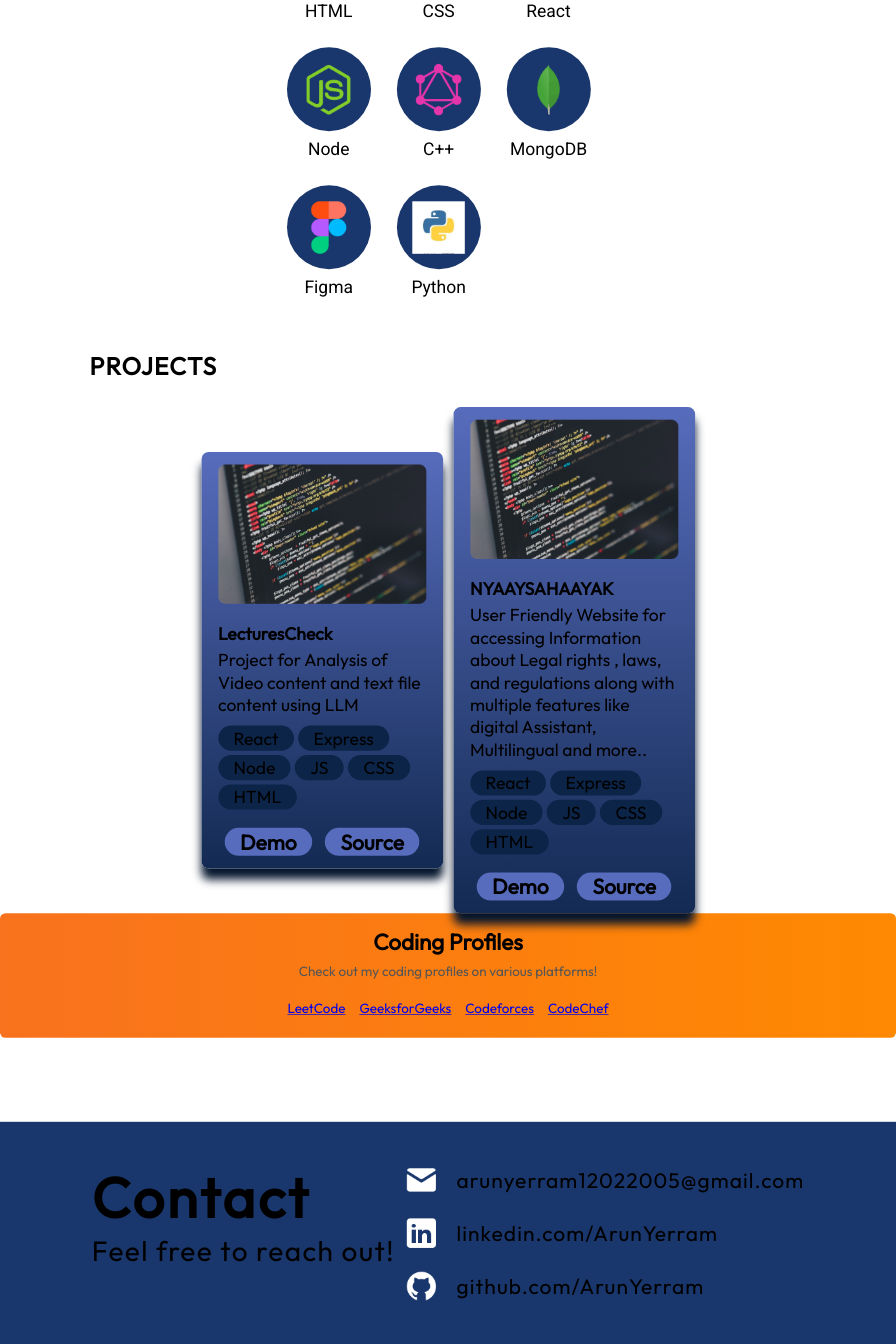
Repository: ARUN-YERRAM/Arun-Yerram-s-Portfolio-Website
Page: /
The author's editor kept a copy of each file at every save. The page is drawn from the files as they stood at one save, then again after the next save.
The browser window is 1280 px wide. The pictures show the part of the page from y = 1672 to 3592 px (the page is 3592 px tall), at 70% of full size.
The project was rebuilt for these pictures with package versions that can differ from the ones it lists, and the page was loaded fresh each time. Also part of the build but not shown: vite.config.js.

Above is the page before, as saved 2024-07-07 00:14:03.

### index.html
<!DOCTYPE html>
<html lang="en">
  <head>
    <meta charset="UTF-8" />
    <link rel="icon" type="image/png" href="/Passport1.jpg" />
    <meta name="viewport" content="width=device-width, initial-scale=1.0" />
    <title>Arun Yerram's Portfolio</title>
  </head>
  <body>
    <div id="root"></div>
    <script type="module" src="./docs/src/main.jsx"></script>
  </body>
</html>

### docs/src/main.jsx
// import React from "react";
// import ReactDOM from "react-dom/client";
// import App from "./App.jsx";
// import "./index.css";

// import "@fontsource/outfit";
// import "@fontsource/roboto";

// ReactDOM.createRoot(document.getElementById("root")).render(
//   <React.StrictMode>
//     <App />
//   </React.StrictMode>
// );


import React from 'react';
import ReactDOM from 'react-dom/client';
import App from './App.jsx';
import './index.css'; // Ensure this file exists in docs/src
import '@fontsource/outfit';
import '@fontsource/roboto';

const root = ReactDOM.createRoot(document.getElementById('root'));
root.render(<App />);

### docs/src/App.jsx
import styles from "./App.module.css";
import { About } from "../components/About/About";
import {CodingProfiles} from "../components/CodingProfiles/CodingProfiles";
import { Contact } from "../components/Contact/Contact";
import { Experience } from "../components/Experience/Experience";
import { Hero } from "../components/Hero/Hero";
import { Navbar } from "../components/Navbar/Navbar";
import { Projects } from "../components/Projects/Projects";

function App() {

  return (
    <div className={styles.App}>
      <Navbar />
      <Hero />
      <About />
      <Experience />
      <Projects />
      <CodingProfiles />
      <Contact />
    </div>
  );
}

export default App;


// import CodingProfile from './components/CodingProfiles/CodingProfile';

// const App = () => {
//   return (
//     <div className="App">

//     </div>
//   );
// };

// export default App;

### docs/src/App.module.css

/* styles.css */
@import '../vars.css';

.App {
  background: var(--color-fancy-bg-dark);
  width: 100%;
  height: 100%;
  overflow: hidden;
}

### docs/components/About/About.jsx
import React from "react";

import styles from "./About.module.css";
import { getImageUrl } from "../../utils";

export const About = () => {
  return (
    <section className={styles.container} id="about">
      <h2 className={styles.title}>About</h2>
      <div className={styles.content}>
        {/* <img
          src={getImageUrl("about/aboutImage.png")}
          alt="Me sitting with a laptop"
          className={styles.aboutImage}
        /> */}
        <ul className={styles.aboutItems}>
          <li className={styles.aboutItem}>
            <img src={getImageUrl("about/cursorIcon.png")} alt="Cursor icon" />
            <div className={styles.aboutItemText}>
              <h3>Frontend Developer</h3>
              <p>
                I'm a frontend developer with experience in building responsive
                and optimized sites
              </p>
            </div>
          </li>

          <li className={styles.aboutItem}>
            <img src={getImageUrl("about/serverIcon.png")} alt="Server icon" />
            <div className={styles.aboutItemText}>
              <h3>Backend Developer</h3>
              <p>
                I have experience developing fast and optimised back-end systems
                and APIs
              </p>
            </div>
          </li>

          <li className={styles.aboutItem}>
            <img src={getImageUrl("about/cursorIcon.png")} alt="UI icon" />
            <div className={styles.aboutItemText}>
              {/* <h3>UI Designer</h3> */}
              <h3>Problem Solver</h3>
              <p>
                {/* I have designed multiple landing pages and have created design */}
                {/* systems as well */}
                I am a Problem Solver and having a keen interest in Data Structures and Algorithms.
              </p>
            </div>
          </li>

        </ul>
      </div>
    </section>
  );
};

### docs/components/CodingProfiles/CodingProfiles.jsx
import React from "react";
import styles from "./CodingProfiles.module.css";
import profiles from "../../data/codingprofiles.json";

export const CodingProfiles = () => {
  return (
    <section className={`${styles.container} ${styles.animatedBackground}`}>
      <div className={styles.content}>
        <h2 className={styles.title}>Coding Profiles</h2>
        <p className={styles.description}>
          Check out my coding profiles on various platforms!
        </p>
      </div>
      <ul className={styles.links}>
        {profiles.map((profile, id) => (
          <li key={id} className={styles.link}>
            <a href={profile.url} target="_blank" rel="noopener noreferrer">
              {profile.name}
            </a>
          </li>
        ))}
      </ul>
    </section>
  );
};

### docs/components/Contact/Contact.jsx
import React from "react";

import styles from "./Contact.module.css";
import { getImageUrl } from "../../utils";

export const Contact = () => {
  return (
    <footer id="contact" className={styles.container}>
      <div className={styles.text}>
        <h2>Contact</h2>
        <p>Feel free to reach out!</p>
      </div>
      <ul className={styles.links}>
        <li className={styles.link}>
          <img src={getImageUrl("contact/emailIcon.png")} alt="Email icon" />
          <a href="">arunyerram12022005@gmail.com</a>
        </li>
        <li className={styles.link}>
          <img
            src={getImageUrl("contact/linkedinIcon.png")}
            alt="LinkedIn icon"
          />
          <a href="https://www.linkedin.com/in/arun-yerram/">linkedin.com/ArunYerram</a>
        </li>
        <li className={styles.link}>
          <img src={getImageUrl("contact/githubIcon.png")} alt="Github icon" />
          <a href="https://github.com/ARUN-YERRAM">github.com/ArunYerram</a>
        </li>
      </ul>
    </footer>
  );
};

### docs/components/Experience/Experience.jsx
import React from "react";

import styles from "./Experience.module.css";
import skills from "../../data/skills.json";
import history from "../../data/history.json";
import { getImageUrl } from "../../utils";

export const Experience = () => {
  return (
    <section className={styles.container} id="experience">
      <h2 className={styles.title}>Skills</h2>
      <div className={styles.content}>
        <div className={styles.skills}>
          {skills.map((skill, id) => {
            return (
              <div key={id} className={styles.skill}>
                <div className={styles.skillImageContainer}>
                  <img src={getImageUrl(skill.imageSrc)} alt={skill.title} />
                </div>
                <p>{skill.title}</p>
              </div>
            );
          })}
        </div>

      </div>
    </section>
  );
};

### docs/components/Hero/Hero.jsx
import React from "react";

import styles from "./Hero.module.css";
import { getImageUrl } from "../../utils";


export const Hero = () => {
  return (
    <section className={styles.container}>
      <div className={styles.content}>
        <h1 className={styles.title}>Hi, I'm Arun Yerram</h1>
        <p className={styles.description}>
          {/* I'm a full-stack developer with 5 years of experience using React and */}
          {/* NodeJS. Reach out if you'd like to learn more! */}
          I am Pursing my Bachelor's 2nd year and having keen interest in Problem Solving ,Web Development, and Data Science.

        </p>
        {/* <a href="mailto:arunyerram12022005@email.com" className={styles.contactBtn}>
          Contact Me
        </a> */}
      </div>
      <img
        src={getImageUrl("hero/Passport1.jpg")}
        alt="Hero image of me"
        className={styles.heroImg}
        width="50px"
        height="400px"
      />
      <div className={styles.topBlur} />
      <div className={styles.bottomBlur} />
    </section>
  );
};

### docs/components/Navbar/Navbar.jsx
import React, { useState } from "react";

import styles from "./Navbar.module.css";
import { getImageUrl } from "../../utils";

export const Navbar = () => {
  const [menuOpen, setMenuOpen] = useState(false);

  return (
    <nav className={styles.navbar}>
      <a className={styles.title} href="/">
        Portfolio
      </a>
      <div className={styles.menu}>
        <img
          className={styles.menuBtn}
          src={
            menuOpen
              ? getImageUrl("nav/closeIcon.png")
              : getImageUrl("nav/menuIcon.png")
          }
          alt="menu-button"
          onClick={() => setMenuOpen(!menuOpen)}
        />
        <ul
          className={`${styles.menuItems} ${menuOpen && styles.menuOpen}`}
          onClick={() => setMenuOpen(false)}
        >
          <li>
            <a href="#about">About</a>
          </li>
          <li>
            <a href="#experience">Experience</a>
          </li>
          <li>
            <a href="#projects">Projects</a>
          </li>
          <li>
            <a href="#about">Contact</a>
          </li>
        </ul>
      </div>
    </nav>
  );
};

### docs/vars.css
/* vars.css */
:root {
  /* Light Theme */
  --color-text: #000;
  --color-primary: #576cbc;
  --color-secondary: #19376d;
  --color-dark: #0b2447;
  --color-bg: #fff; /* Light background */

  /* Fonts */
  --font-roboto: "Roboto";
}

[data-theme='dark'] {
  /* Dark Theme */
  --color-text: #fff;
  --color-primary: #576cbc;
  --color-secondary: #19376d;
  --color-dark: #0b2447;
  --color-bg: #3e2723; /* Dark brown background */
}

### docs/components/About/About.module.css
/* @import ".../vars.css"; */
@import '../../vars.css';

.container {
  position: relative;
  background-color: rgba(12, 12, 12, 0.6);
  border-radius: 15px;
  padding: 73px;
  margin-top: 129px;
  z-index: 1;
  margin-left: 10%;
  margin-right: 10%;
}

.title {
  color: var(--color-text);
  font-size: 35px;
  font-weight: 700;
  letter-spacing: 1.75px;
  text-transform: uppercase;
}

.content {
  display: flex;
  flex-direction: row;
  align-items: center;
}

.aboutImage {
  width: 35%;
}

.aboutItems {
  color: var(--color-text);
  display: flex;
  flex-direction: column;
  gap: 50px;
}

.aboutItem {
  display: flex;
  flex-direction: row;
  align-items: center;
  border-radius: 20px;
  list-style: none;
  padding: 25px;
  background-image: linear-gradient(
    90deg,
    rgba(165, 215, 232, 0.42) 0%,
    rgba(255, 255, 255, 0) 100%
  );
  background-size: 0 100%;
  background-repeat: no-repeat;
  transition: 0.4s;
}

.aboutItem:hover {
  background-size: 100% 100%;
}

.aboutItem h3 {
  font-size: 25px;
  font-weight: 600;
}

.aboutItem p {
  font-size: 25px;
}

@media screen and (max-width: 830px) {
  .container {
    background-color: transparent;
    padding-left: 0;
    padding-right: 0;
  }

  .content {
    flex-direction: column;
  }

  .aboutImage {
    display: none;
  }

  .aboutItems {
    margin-top: 29px;
  }

  .aboutItem {
    padding-left: 0;
    padding-right: 0;
  }
}

### docs/utils.js
// export const getImageUrl = (path) => {
//   return new URL(`/assets/${path}`, import.meta.url).href;
// };

export const getImageUrl = (path) => {
  return new URL(`../assets/${path}`, import.meta.url).href;
};

### docs/components/CodingProfiles/CodingProfiles.module.css
/* CodingProfiles.module.css */

.container {
  padding: 20px;
  border-radius: 8px;
}

.content {
  text-align: center;
  margin-bottom: 20px;
}

.title {
  font-size: 2em;
  margin-bottom: 10px;
}

.description {
  font-size: 1.2em;
  color: #555;
}

.links {
  list-style: none;
  padding: 0;
  display: flex;
  flex-wrap: wrap;
  justify-content: center;
}

.link {
  margin: 10px;
  font-size: 1.2em;
}

.animatedBackground {
  background: linear-gradient(270deg, #ff8a00, #e52e71);
  background-size: 400% 400%;
  animation: gradientAnimation 15s ease infinite;
}

@keyframes gradientAnimation {
  0% {
    background-position: 0% 50%;
  }
  50% {
    background-position: 100% 50%;
  }
  100% {
    background-position: 0% 50%;
  }
}

### docs/data/codingprofiles.json
[
    {
      "name": "LeetCode",
      "url": "https://leetcode.com/u/arun_2005/"
    },
    {
      "name": "GeeksforGeeks",
      "url": "https://www.geeksforgeeks.org/user/arunyerram/?utm_source=geeksforgeeks&utm_medium=my_profile&utm_campaign=auth_user"

    },
    {
      "name": "Codeforces",
      "url": "https://codeforces.com/profile/Arunyerram_12"

    },
    {
      "name": "CodeChef",
      "url": "https://www.codechef.com/users/yarun2k05"
    }
  ]

### docs/components/Contact/Contact.module.css
/* @import ".../vars.css"; */
@import '../../vars.css';

.container {
  color: var(--color-text);
  margin-top: 120px;
  background-color: var(--color-secondary);
  display: flex;
  flex-direction: row;
  justify-content: space-evenly;
  width: 100vw;
  padding: 58px 10%;
  gap: 10px;
}

.text h2 {
  font-size: 80px;
  font-weight: 700;
  letter-spacing: 4px;
}

.text p {
  font-size: 40px;
  font-weight: 400;
  letter-spacing: 2px;
}

.links {
  display: flex;
  flex-direction: column;
  align-items: flex-start;
  list-style: none;
  gap: 26px;
}

.link {
  display: flex;
  align-items: center;
  gap: 25px;
}

.link a {
  color: var(--color-text);
  text-decoration: none;
  font-size: 30px;
  font-weight: 400;
  letter-spacing: 1.5px;
}

@media screen and (max-width: 830px) {
  .container {
    flex-direction: column;
    gap: 23px;
  }

  .text {
    display: flex;
    flex-direction: column;
    align-items: center;
  }

  .links {
    align-items: center;
  }
}

### docs/components/Experience/Experience.module.css
/* @import ".../vars.css"; */
@import '../../vars.css';

.container {
  color: var(--color-text);
  margin-top: 79px;
  margin-left: 10%;
  margin-right: 10%;
}

.title {
  color: var(--color-text);
  font-size: 35px;
  font-weight: 700;
  letter-spacing: 1.75px;
  text-transform: uppercase;
}

.content {
  display: flex;
  flex-direction: row;
  justify-content: space-evenly;
  margin-top: 14px;
}

.skills {
  width: 45%;
  display: flex;
  flex-wrap: wrap;
  gap: 37px;
}

.skill {
  display: flex;
  flex-direction: column;
  align-items: center;
  gap: 11px;
}

.skillImageContainer {
  background-color: var(--color-secondary);
  border-radius: 100%;
  display: flex;
  align-items: center;
  justify-content: center;
  width: 120px;
  height: 120px;
}

.skillImageContainer img {
  width: 75px;
}

.skill p {
  font-size: 25px;
  font-family: var(--font-roboto);
  font-weight: 500;
}

.history {
  width: 45%;
  display: flex;
  flex-direction: column;
  gap: 40px;
}

.historyItem {
  display: flex;
  flex-direction: row;
  align-items: center;
  gap: 17px;
  background: #19376d;
  background: linear-gradient(90deg, #19376d 0%, rgba(25, 55, 109, 0) 100%);
  border-radius: 10px;
  padding: 24px;
}

.historyItem img {
  width: 50px;
}

.historyItemDetails {
  font-family: var(--font-roboto);
}

.historyItemDetails h3 {
  font-size: 30px;
  font-weight: 500;
}

.historyItemDetails p {
  font-size: 20px;
  font-weight: 300;
}

.historyItemDetails ul {
  margin-top: 6px;
  list-style-position: inside;
  font-size: 25px;
  list-style-type: disc;
  margin-left: 17px;
}

@media screen and (max-width: 830px) {
  .content {
    flex-direction: column;
    align-items: center;
    gap: 34px;
  }

  .skills {
    width: 100%;
    flex-direction: row;
    justify-content: center;
  }

  .history {
    width: 100%;
    gap: 9px;
  }
}

### docs/data/skills.json
[
  {
    "title": "HTML",
    "imageSrc": "skills/html.png"
  },
  {
    "title": "CSS",
    "imageSrc": "skills/css.png"
  },
  {
    "title": "React",
    "imageSrc": "skills/react.png"
  },
  {
    "title": "Node",
    "imageSrc": "skills/node.png"
  },
  {
    "title": "C++",
    "imageSrc": "skills/graphql.png"
  },
  {
    "title": "MongoDB",
    "imageSrc": "skills/mongodb.png"
  },
  {
    "title": "Figma",
    "imageSrc": "skills/figma.png"
  },
  {
    "title": "Python",
    "imageSrc": "skills/python.png"
  }
]

### docs/data/history.json
[
  {
    "role": "Software Engineer",
    "organisation": "",
    "startDate": "",
    "endDate": "",
    "experiences": [],
    "imageSrc": "history/google.png"
  },
  {
    "role": "UI Designer",
    "organisation": "",
    "startDate": "",
    "endDate": "",
    "experiences": ["", ""],
    "imageSrc": "history/microsoft.png"
  },
  {
    "role": "SWE Intern",
    "organisation": "",
    "startDate": "",
    "endDate": "",
    "experiences": [
      "",
      ""
    ],
    "imageSrc": "history/netflix.png"
  }
]

### docs/components/Hero/Hero.module.css
/* @import ".../vars.css"; */

@import '../../vars.css';


.container {
  position: relative;
  display: flex;
  align-items: center;
  justify-content: space-between;
  margin-top: 49px;
  z-index: 1;
  margin-left: 10%;
  margin-right: 10%;
}

.content {
  display: flex;
  flex-direction: column;
  align-items: flex-start;
  color: var(--color-text);
  z-index: 1;
}

.title {
  font-size: 72px;
  font-weight: 900;
  margin-bottom: 33px;
  font-family: var(--font-roboto);
  background: linear-gradient(
    90deg,
    rgba(255, 255, 255, 1) 70%,
    rgba(255, 255, 255, 0) 120%
  );
  -webkit-text-fill-color: transparent;
  -webkit-background-clip: text;
}

.description {
  font-size: 30px;
  font-family: var(--font-roboto);
  margin-bottom: 52px;
}

.contactBtn {
  text-decoration: none;
  background-color: var(--color-primary);
  color: var(--color-text);
  border-radius: 100px;
  font-size: 30px;
  font-weight: 600;
  padding: 17px 26px;
  box-shadow: 0 0 4px 0 rgba(0, 0, 0, 0.25);
}

.heroImg {
  width: 50%;
  z-index: 1;

  animation-name: floating;
  animation-duration: 3s;
  animation-iteration-count: infinite;
  animation-timing-function: ease-in-out;
}

@keyframes floating {
  0% {
    transform: translate(0, 0px);
  }
  50% {
    transform: translate(0, 10px);
  }
  100% {
    transform: translate(0, -0px);
  }
}

.topBlur {
  position: absolute;
  width: 50vw;
  height: 50vw;
  min-width: 350px;
  min-width: 350px;
  top: -128px;
  left: -10vw;
  border-radius: 764px;
  background: rgba(25, 55, 109, 0.7);
  filter: blur(100px);
  z-index: 0;
}

.bottomBlur {
  position: absolute;
  width: 70vw;
  height: 50vw;
  min-width: 350px;
  min-width: 250px;
  top: 246px;
  right: -25vw;
  border-radius: 764px;
  background: rgba(25, 55, 109, 0.7);
  filter: blur(100px);
  z-index: 0;
}

@media screen and (max-width: 830px) {
  .container {
    flex-direction: column-reverse;
  }

  .content {
    align-items: center;
  }
}

### docs/components/Navbar/Navbar.module.css
/* @import ".../vars.css"; */
@import '../../vars.css';

.navbar {
  position: relative;
  display: flex;
  align-items: center;
  justify-content: space-between;
  padding-top: 61px;
  z-index: 2;
  margin: 0 10%;
}

.title {
  font-size: 30px;
  font-weight: 600;
  text-decoration: none;
  color: var(--color-text);
}


.menuBtn {
  display: none;
}

.menu {
  display: flex;
}

.menuItems {
  display: flex;
  gap: 47px;
  list-style: none;
}

.menuItems a {
  font-size: 25px;
  color: var(--color-text);
  text-decoration: none;
}

@media screen and (max-width: 830px) {
  .navbar {
    flex-direction: column;
    align-items: flex-start;
  }

  .menu {
    position: absolute;
    right: 0;
    margin-right: 10%;
    flex-direction: column;
    align-items: flex-end;
    gap: 11px;
    z-index: 3;
  }

  .menuBtn {
    display: block;
    cursor: pointer;
  }


  .menuItems {
    display: none;
    flex-direction: column;
    align-items: center;
    gap: 13px;
    border-radius: 10px;
    background: rgb(25, 55, 109);
    background: linear-gradient(
      0deg,
      rgba(25, 55, 109, 0.2) 0%,
      rgba(25, 55, 109, 1) 100%
    );
    padding: 24px 33px;
    box-shadow: 0 0 4px 0 rgba(0, 0, 0, 0.25);
  }

  .menuOpen {
    display: flex;
    z-index: 1;
  }
}

### docs/components/Projects/Projects.module.css
/* @import "../../vars.css"; */
@import '../../vars.css';

.container {
  margin-top: 76px;
  color: var(--color-text);
  margin-left: 10%;
  margin-right: 10%;
}

.title {
  font-size: 35px;
  font-weight: 700;
  letter-spacing: 1.75px;
  text-transform: uppercase;
}

.projects {
  margin-top: 37px;
  display: flex;
  flex-direction: row;
  flex-wrap: wrap;
  align-items: center;
  justify-content: center;
  gap: 15px;
  width: 100%;
}

### docs/components/Projects/ProjectCard.jsx
import React from "react";

import styles from "./ProjectCard.module.css";
import { getImageUrl } from "../../utils";

export const ProjectCard = ({
  project: { title, imageSrc, description, skills, demo, source },
}) => {
  return (
    <div className={styles.container}>
      <img
        src={getImageUrl(imageSrc)}
        alt={`Image of ${title}`}
        className={styles.image}
      />
      <h3 className={styles.title}>{title}</h3>
      <p className={styles.description}>{description}</p>
      <ul className={styles.skills}>
        {skills.map((skill, id) => {
          return (
            <li key={id} className={styles.skill}>
              {skill}
            </li>
          );
        })}
      </ul>
      <div className={styles.links}>
        <a href={demo} className={styles.link}>
          Demo
        </a>
        <a href={source} className={styles.link}>
          Source
        </a>
      </div>
    </div>
  );
};

### docs/components/Projects/ProjectCard.module.css
/* @import "../../vars.css"; */
@import '../../vars.css';

.container {
  display: flex;
  flex-direction: column;
  border-radius: 10px;
  background: linear-gradient(180deg, #576cbc 0%, #132a53 100%);
  box-shadow: 0 16px 14px 0 #04152d;
  padding: 18px 24px;
  max-width: 345px;
}

.image {
  margin-bottom: 26px;
}

.title {
  font-size: 25px;
  font-weight: 700;
}

.description {
  margin-top: 6px;
  font-size: 25px;
  font-weight: 400;
}

.skills {
  width: 100%;
  margin-top: 14px;
  display: flex;
  flex-direction: row;
  flex-wrap: wrap;
  gap: 6px;
  list-style: none;
}

.skill {
  font-size: 25px;
  font-weight: 400;
  border-radius: 100px;
  background: var(--color-dark);
  padding: 2px 22px;
}

.links {
  width: 100%;
  margin-top: 26px;
  display: flex;
  justify-content: space-around;
}

.link {
  text-decoration: none;
  color: var(--color-text);
  font-size: 30px;
  font-weight: 600;
  border-radius: 100px;
  background: var(--color-primary);
  padding: 1px 22px;
}

Loaded but not shown: docs/src/index.css (common file); docs/components/Projects/Projects.jsx (common file); docs/data/projects.json (18 lines, source omitted)

After the next save:
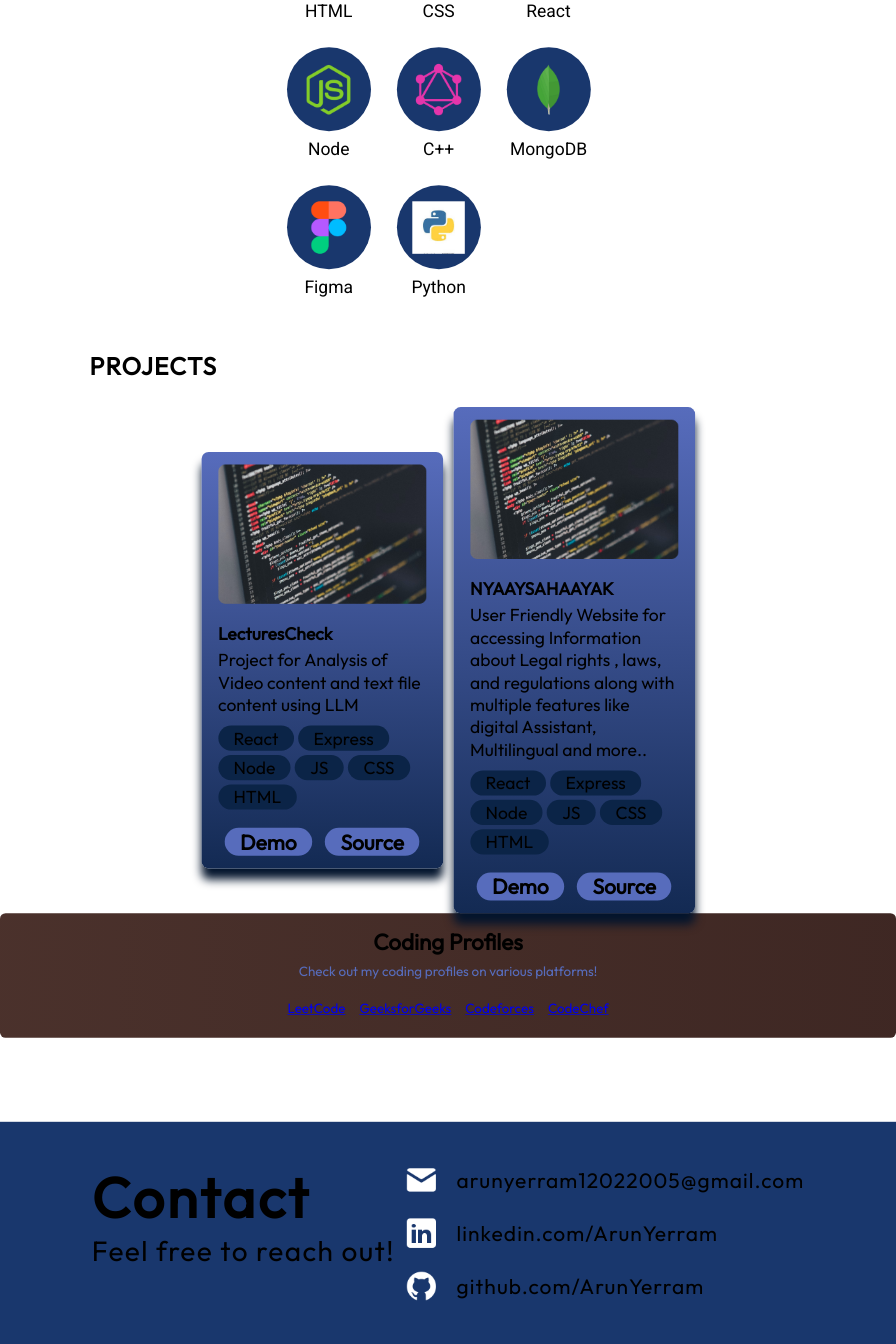
Saved 2 min 17 s later.
--- a/docs/components/CodingProfiles/CodingProfiles.module.css
+++ b/docs/components/CodingProfiles/CodingProfiles.module.css
@@ -3,21 +3,24 @@
 .container {
   padding: 20px;
   border-radius: 8px;
+  background-color: var(--color-dark); /* Dark background */
 }
 
 .content {
   text-align: center;
   margin-bottom: 20px;
+  color: var(--color-text); /* Light text */
 }
 
 .title {
   font-size: 2em;
   margin-bottom: 10px;
+  color: var(--color-text); /* Light text */
 }
 
 .description {
   font-size: 1.2em;
-  color: #555;
+  color: var(--color-primary); /* Primary color text */
 }
 
 .links {
@@ -31,10 +34,11 @@
 .link {
   margin: 10px;
   font-size: 1.2em;
+  color: var(--color-primary); /* Primary color text */
 }
 
 .animatedBackground {
-  background: linear-gradient(270deg, #ff8a00, #e52e71);
+  background: linear-gradient(270deg, #3e2723, #4e342e, #3e2723, #4e342e); /* Dark animated background */
   background-size: 400% 400%;
   animation: gradientAnimation 15s ease infinite;
 }
